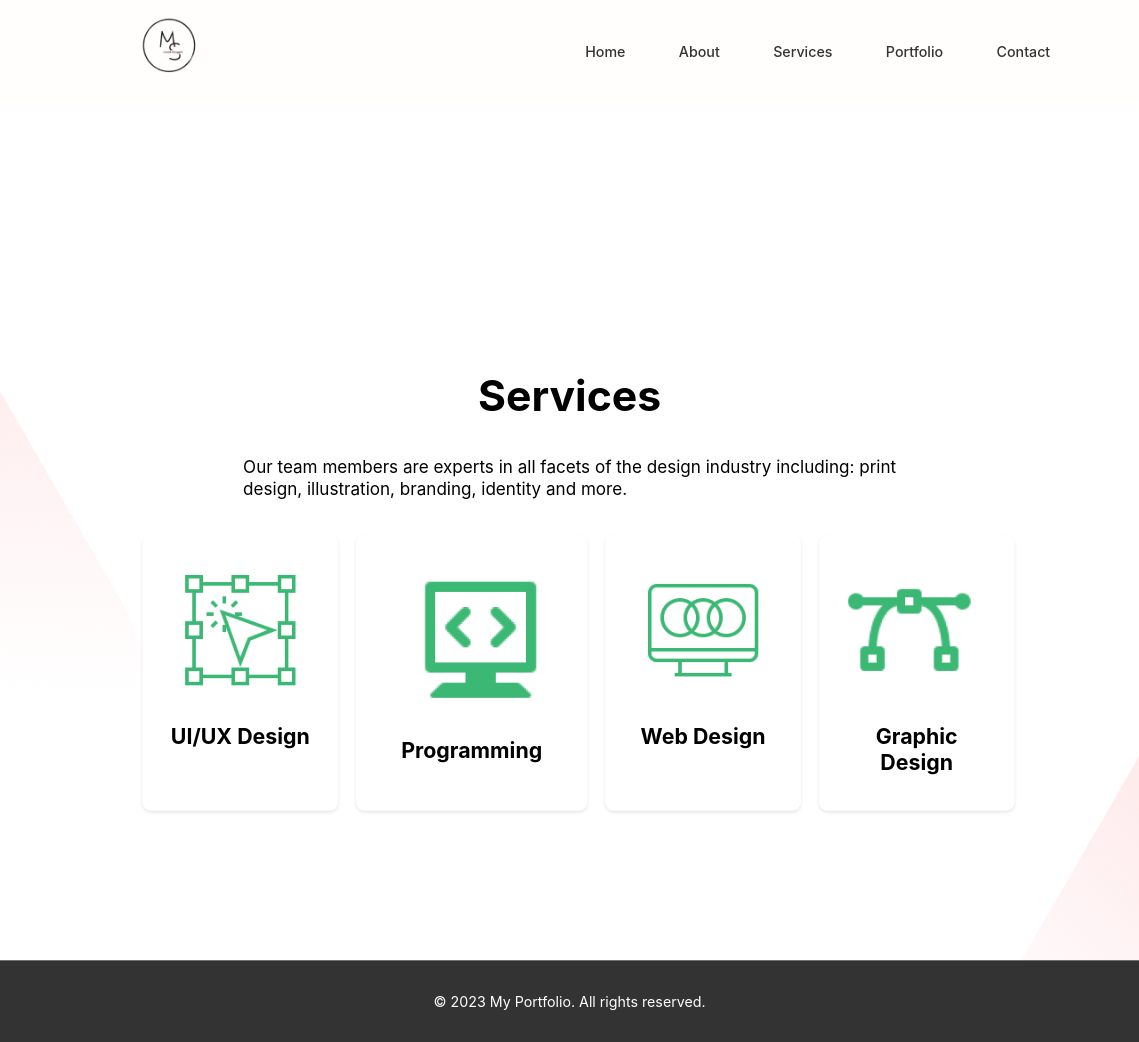
Repository: MEROO1010/Portfolio_00
Page: /services (app in portfolio_00/)
An editor plug-in stored every save of this project. The page is shown before and after the next save, followed by the edit.
The browser window is 1280 px wide. The pictures show the whole page, at 89% of full size.
The project was rebuilt for these pictures with package versions that can differ from the ones it lists, and the page was loaded fresh each time. Also part of the build but not shown: portfolio_00/src/components/Home.jsx, portfolio_00/src/components/About.jsx, portfolio_00/src/components/Portfolio.jsx, portfolio_00/src/components/Contact.jsx.

Above is the page before, as saved 2024-11-18 13:05:41.

### portfolio_00/src/App.jsx
import React from 'react';
import { BrowserRouter, Route, Routes } from 'react-router-dom';
import Header from './components/Header';
import Home from './components/Home';
import About from './components/About';
import Services from './components/Services';
import Portfolio from './components/Portfolio';
import Contact from './components/Contact';
import Footer from './components/Footer';
// import GlobalStyle from './styles/global';

const App = () => {
  return (
    <BrowserRouter>
    <Header />
    <Routes>
      <Route path="/"  element={<Home />} />
      <Route path="/about"  element={<About />} />
      <Route path="/services" element={<Services  />} />

      <Route path="/portfolio" element={<Portfolio />} />
      <Route path="/contact" element={<Contact />} />
    </Routes>

    <Footer />
  </BrowserRouter>
  );
};

export default App;

### portfolio_00/src/features/counter/counterSlice.js
import { createAsyncThunk, createSlice } from '@reduxjs/toolkit';
import { fetchCount } from './counterAPI';

const initialState = {
  value: 0,
  status: 'idle',
};

// The function below is called a thunk and allows us to perform async logic. It
// can be dispatched like a regular action: `dispatch(incrementAsync(10))`. This
// will call the thunk with the `dispatch` function as the first argument. Async
// code can then be executed and other actions can be dispatched. Thunks are
// typically used to make async requests.
export const incrementAsync = createAsyncThunk(
  'counter/fetchCount',
  async (amount) => {
    const response = await fetchCount(amount);
    // The value we return becomes the `fulfilled` action payload
    return response.data;
  }
);

export const counterSlice = createSlice({
  name: 'counter',
  initialState,
  // The `reducers` field lets us define reducers and generate associated actions
  reducers: {
    increment: (state) => {
      // Redux Toolkit allows us to write "mutating" logic in reducers. It
      // doesn't actually mutate the state because it uses the Immer library,
      // which detects changes to a "draft state" and produces a brand new
      // immutable state based off those changes
      state.value += 1;
    },
    decrement: (state) => {
      state.value -= 1;
    },
    // Use the PayloadAction type to declare the contents of `action.payload`
    incrementByAmount: (state, action) => {
      state.value += action.payload;
    },
  },
  // The `extraReducers` field lets the slice handle actions defined elsewhere,
  // including actions generated by createAsyncThunk or in other slices.
  extraReducers: (builder) => {
    builder
      .addCase(incrementAsync.pending, (state) => {
        state.status = 'loading';
      })
      .addCase(incrementAsync.fulfilled, (state, action) => {
        state.status = 'idle';
        state.value += action.payload;
      });
  },
});

export const { increment, decrement, incrementByAmount } = counterSlice.actions;

// The function below is called a selector and allows us to select a value from
// the state. Selectors can also be defined inline where they're used instead of
// in the slice file. For example: `useSelector((state: RootState) => state.counter.value)`
export const selectCount = (state) => state.counter.value;

// We can also write thunks by hand, which may contain both sync and async logic.
// Here's an example of conditionally dispatching actions based on current state.
export const incrementIfOdd = (amount) => (dispatch, getState) => {
  const currentValue = selectCount(getState());
  if (currentValue % 2 === 1) {
    dispatch(incrementByAmount(amount));
  }
};

export default counterSlice.reducer;

### portfolio_00/src/components/Header.jsx
import React from 'react';
import styled from 'styled-components';
import { Link } from 'react-router-dom';
import ImageLogo from '../assets/white_logo.png';

const HeaderContainer = styled.header`
  background-color: #FFFEFD;
  padding: 10px 100px;
  display: flex;
  justify-content: space-between;
  align-items: center;
`;

const Logo = styled.h1`
  margin:4px;
  padding-left:40px;
`;

const NavLinks = styled .nav`
  display: flex;
  gap: 60px;
`;

const NavLink = styled(Link)`
  text-decoration: none;
  color: #333;
  font-weight: 500;

  &:hover {
    color: #3BB873;
  }
`;

const Header = () => {
  return (
    <HeaderContainer>
      <Logo><img src={ImageLogo} alt="Description of image" /></Logo>
      <NavLinks>
        <NavLink to="/">Home</NavLink>
        <NavLink to="/about">About</NavLink>
        <NavLink to="/services">Services</NavLink>
        <NavLink to="/portfolio">Portfolio</NavLink>
        <NavLink to="/contact">Contact</NavLink>
      </NavLinks>
    </HeaderContainer>
  );
};

export default Header;

### portfolio_00/src/components/Services.jsx
import React from "react";
import styled from "styled-components";
import UI_UX from "../assets/UI_UX.png";
import programming from "../assets/Programming.png";
import webdesign from "../assets/web_design.png";
import graphic_design from "../assets/graphic_design.png";
import bg3 from "../assets/background3.png";

const Container = styled.div`
  display: flex;
  justify-content: center;
  align-items: center;
  flex-direction: column;
  margin-top: 100px;
  background-image: url(${bg3});
  background-position: center;
  background-size:cover;
  height: 120vh;
`;

const Title = styled.h1`
  font-size: 3rem;
  font-weight: bold;
  margin-bottom: 20px;
`;

const Subtitle = styled.p`
  font-size: 1.2rem;
  margin-bottom: 40px;
`;

const ServicesContainer = styled.div`
  display: flex;
  justify-content: space-between;
  width: 80%;
  max-width: 1000px;
  margin: 0 auto;
`;

const ServiceCard = styled.div`
  background-color: white;
  border-radius: 10px;
  padding: 30px;
  box-shadow: 0 2px 4px rgba(0, 0, 0, 0.1);
  text-align: center;
  width: 200px;
  margin-left:20px;
`;



const ServiceTitle = styled.h3`
  font-size: 1.5rem;
  font-weight: bold;
  margin-bottom: 10px;
`;

const Services = () => {
  return (
    <Container>
      <Title>Services</Title>
      <Subtitle>
        Our team members are experts in all facets of the design industry
        including: print<br/> design, illustration, branding, identity and more.
      </Subtitle>
      <ServicesContainer>
        <ServiceCard>
          <img src={UI_UX} alt="" />
          <ServiceTitle>UI/UX Design</ServiceTitle>
        </ServiceCard>
        <ServiceCard>
          <img src={programming} alt="" />
          <ServiceTitle>Programming</ServiceTitle>
        </ServiceCard>
        <ServiceCard>
          <img src={webdesign} alt="" />
          <ServiceTitle>Web Design</ServiceTitle>
        </ServiceCard>
        <ServiceCard>
          <img src={graphic_design} alt="" />
          <ServiceTitle>Graphic Design</ServiceTitle>
        </ServiceCard>
      </ServicesContainer>
    </Container>
  );
};

export default Services;

### portfolio_00/src/components/Footer.jsx
import React from 'react';
import styled from 'styled-components';

const FooterContainer = styled.footer`
  padding: 20px;
  background-color: #333;
  color: white;
  text-align: center;
`;

const Footer = () => {
  return (
    <FooterContainer>
      <p>&copy; 2023 My Portfolio. All rights reserved.</p>
    </FooterContainer>
  );
};

export default Footer;

Loaded but not shown: portfolio_00/public/index.html (common file); portfolio_00/src/index.js (common file); portfolio_00/src/app/store.js (common file); portfolio_00/src/reportWebVitals.js (common file); portfolio_00/src/index.css (common file); portfolio_00/src/features/counter/counterAPI.js (common file)

After the next save:
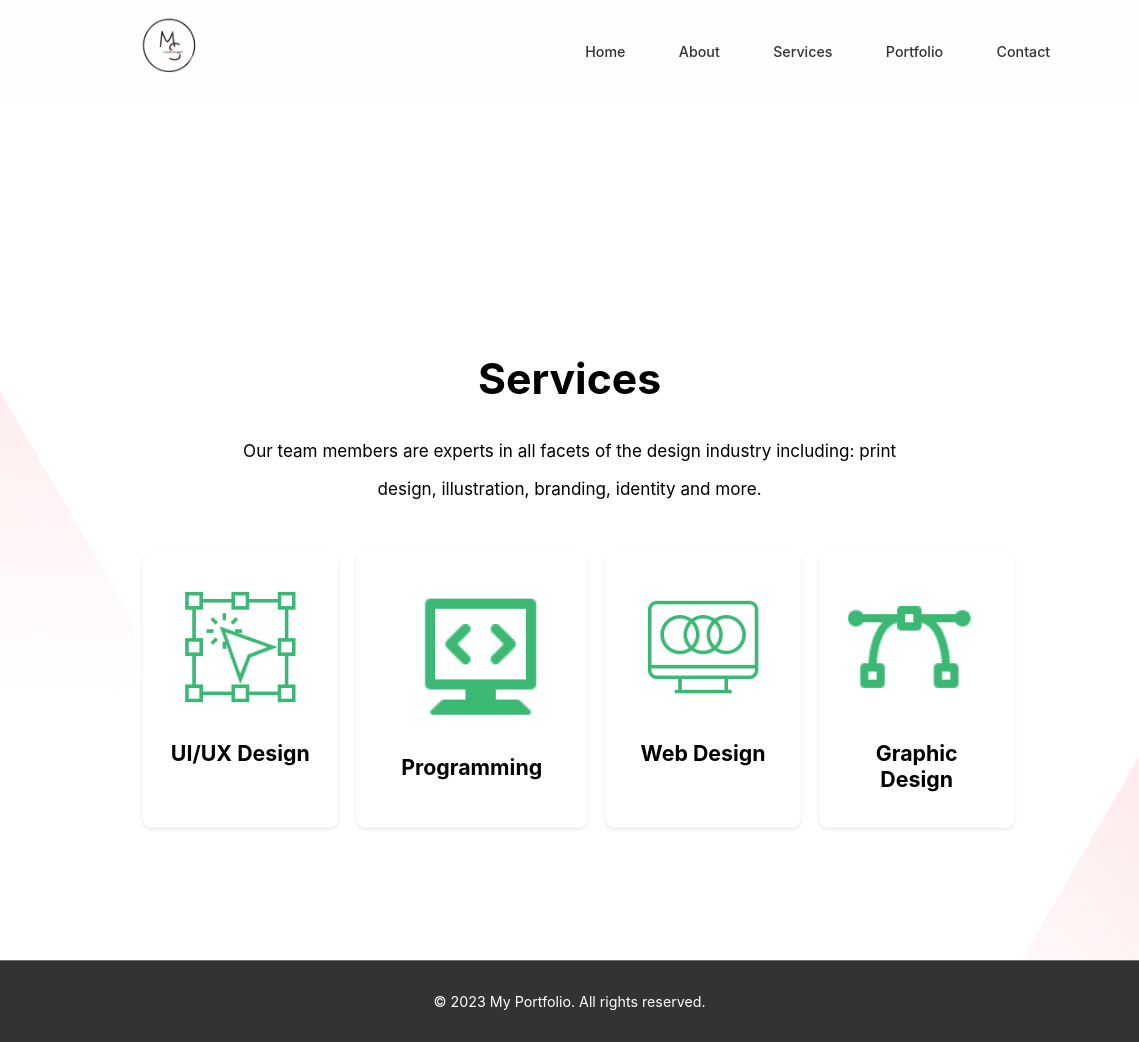
Saved 119 s later.
--- a/portfolio_00/src/components/Services.jsx
+++ b/portfolio_00/src/components/Services.jsx
@@ -27,6 +27,9 @@ const Title = styled.h1`
 const Subtitle = styled.p`
   font-size: 1.2rem;
   margin-bottom: 40px;
+  p{
+    text-align: center;
+  }
 `;
 
 const ServicesContainer = styled.div`
@@ -61,7 +64,7 @@ const Services = () => {
       <Title>Services</Title>
       <Subtitle>
         Our team members are experts in all facets of the design industry
-        including: print<br/> design, illustration, branding, identity and more.
+        including: print<br/> <p>design, illustration, branding, identity and more.</p>
       </Subtitle>
       <ServicesContainer>
         <ServiceCard>
